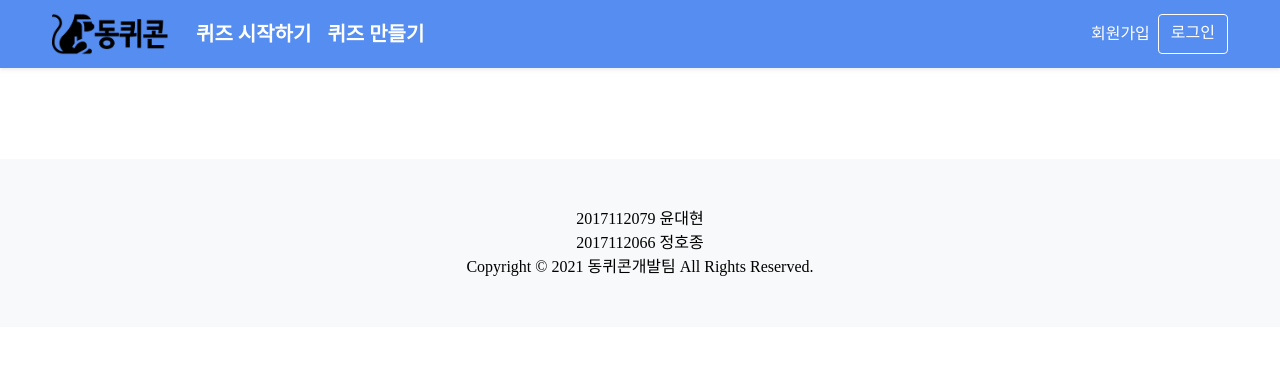
Repository: eogus0512/Quiz_WebProject
Page: http://localhost/Quiz_WebProject/board.jsp
An editor plug-in stored every save of this project. The page is shown before and after the next save, followed by the edit.
The browser window is 1280 px wide. The pictures show the whole page.
Some web fonts or font styles are not loaded; a fallback is used. The page is served by Tomcat 9. Queries for data that is not in the repository find no rows.

Above is the page before, as saved 2021-12-11 10:33:01.

After the next save:
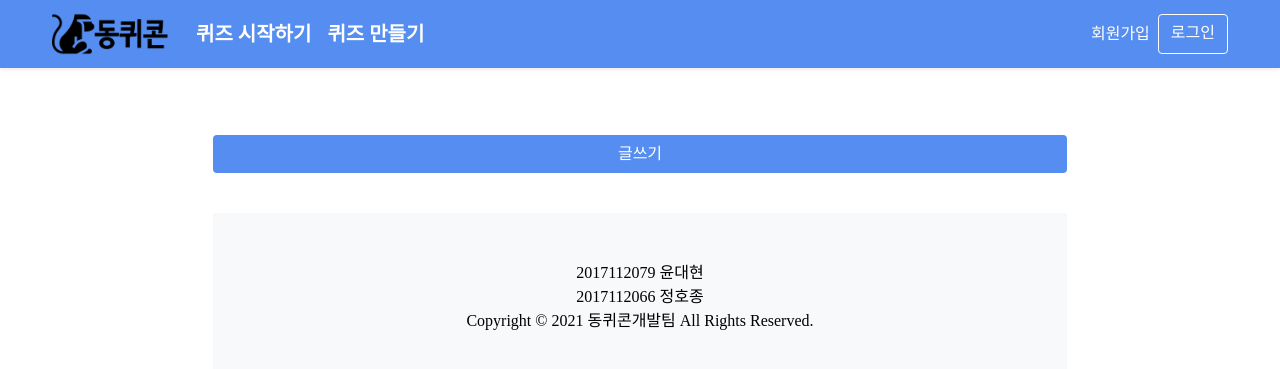
Saved 13 s later.
--- a/Quiz_WebProject/WebContent/board.jsp
+++ b/Quiz_WebProject/WebContent/board.jsp
@@ -103,13 +103,38 @@
 				</div>
 			</div>
 		</div>
-		<%
+
+	</div>
+</div>
+	<%
 			}
 		%>
-	</div>
-
-</div>
-
+	<button type="button"  data-bs-toggle="modal" data-bs-target="#wrtPost" class="btn mb-3" style="background-color:#558DF0; color:white;">글쓰기</button>
+	<div class="modal fade" id="wrtPost" tabindex="-1" aria-labelledby="exampleModalLabel" aria-hidden="true">
+    <div class="modal-dialog modal-dialog-centered">
+        <div class="modal-content">
+            <form method="post" action="action/reviewAction.jsp">
+                <div class="modal-header">
+                    <h4 class="modal-title" id="exampleModalLabel">글쓰기 </h4>
+                    <button type="button" class="btn-close" data-bs-dismiss="modal" aria-label="Close"></button>
+                </div>
+                <div class="modal-body">
+                    <div class="mb-3 d-flex">
+                        <label for="score" class="col-form-label col-md-3">제목</label>
+                        <input type="text" class="form-control col-md-9 ms-auto" name="header" id="header" style="width:350px" required>
+                    </div>
+                    <div class="mb-3 d-flex">
+                        <label for="contents" class="col-form-label col-md-3">내용</label>
+                        <textarea class="form-control col-md-9 ms-auto" name="contents" id="contents" style="width:350px" required></textarea>
+                    </div>
+                </div>
+                <div class="modal-footer">
+                    <button type="button" class="btn" style="background-color: #d3d3d3" data-bs-dismiss="modal">닫기</button>
+                    <button type="submit" class="btn" style="background-color: #faf1d6">완료</button>
+                </div>
+            </form>
+        </div>
+    </div>
 
 
 </div>
